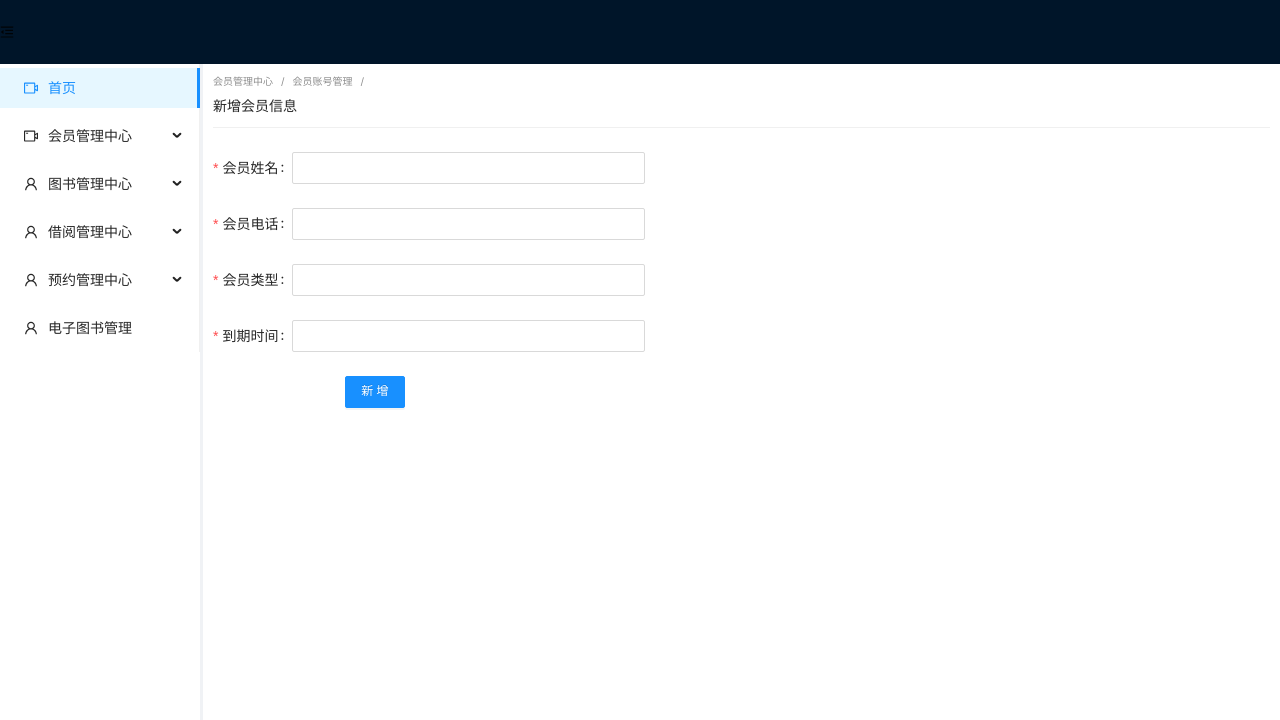
Repository: font-ds/cssy-manage
Page: /vipmanage/vipmanage1/add
The author's editor kept a copy of each file at every save. The page is drawn from the files as they stood at one save, then again after the next save.
The browser window is 1280 px wide. The pictures show the whole page.
The project was rebuilt for these pictures with package versions that can differ from the ones it lists, and the page was loaded fresh each time. Some packages were replaced by stand-ins written for this rebuild. Also part of the build but not shown: src/pages/auth/vipManage/coupon/index.tsx, src/utils/use-optimistic-options.tsx, src/utils/util.tsx, src/utils/http.tsx, src/pages/auth/vipManage/manage/util.tsx, src/pages/auth/vipManage/manage/index.tsx, src/pages/auth/vipManage/manage/detail/components/util.tsx, src/pages/auth/vipManage/manage/detail/components/appointTable.tsx and 6 more. Imported but missing from the stored project, and not drawn on this page: src/pages/auth/index/index, src/reportWebVitals, src/store/test.

Above is the page before, as saved 2022-09-14 18:18:14.

### src/App.tsx
import React from 'react';
import {Provider} from 'react-redux'
import {store} from './store/store'
import {
  QueryClient,
  QueryClientProvider,
} from '@tanstack/react-query'
import {BrowserRouter} from 'react-router-dom';
import { ReactQueryDevtools } from '@tanstack/react-query-devtools'
import {FullPageLoading} from './components/fullpage/FullPageLoading';
import './App.scss'

// 代码分割
const AuthComponents=React.lazy(()=>import('./pages/auth'))
const NoAuthComponents=React.lazy(()=>import('./pages/index'))

function App() {
  const queryClient = new QueryClient()
  const user=true
  return (
    <QueryClientProvider client={queryClient}>
      <Provider store={store}>
        <React.Suspense fallback={<FullPageLoading />}>
          <BrowserRouter>
            {user?<AuthComponents />:<NoAuthComponents />}
          </BrowserRouter>
        </React.Suspense>
      </Provider>
      <ReactQueryDevtools initialIsOpen={false}  />
    </QueryClientProvider>
  );
}

export default App;

### src/store/store.tsx
import {configureStore} from '@reduxjs/toolkit';
import testReducer from './test'

export const store=configureStore({
    reducer:{
        test:testReducer
    },

})

export type RootState=ReturnType<typeof store.getState>
export type AppDispatch=typeof store.dispatch

### src/components/fullpage/FullPageLoading.tsx
import { Spin } from "antd";
export const FullPageStyle = {
  height: "100vh",
  display: "flex",
  justifyContent: "center",
  alignItems: "center",
};
export const FullPageLoading = () => {
  return (
    <div style={FullPageStyle}>
      <Spin size={"large"} />
    </div>
  );
};

### src/App.scss
/* 全局样式区域 */
@import '~antd/dist/antd.css';
* {
  margin: 0;
  padding: 0;
}
html{
  font-size: 62.5%;
  min-width: 1200px;
}

### src/pages/auth/index.tsx
import React,{useState} from 'react'
import { Layout, Menu } from 'antd';
import {
  MenuFoldOutlined,
  MenuUnfoldOutlined,
} from '@ant-design/icons';
import Bread from '../../components/bread/bread';
import './index.scss'
import {router} from './router';
import { Route, Routes, useNavigate } from "react-router";
import Inde from './index/index';



const { Header, Sider, Content } = Layout;

export default function Index() {
  const [collapsed, setCollapsed] = useState(false);
  return (
    <Layout style={{minHeight:'100vh'}}>
      <Header className="site-layout-background" style={{ padding: 0 }}>
        {React.createElement(collapsed ? MenuUnfoldOutlined : MenuFoldOutlined, {
          className: 'trigger',
          onClick: () => setCollapsed(!collapsed),
        })}
      </Header>
      <Layout>
        <Sider theme='light' trigger={null} collapsible collapsed={collapsed}>
          <LeftMenu></LeftMenu>
        </Sider>
        <Layout className="site-layout">

          <Content
            className="site-layout-background"
            style={{
              marginLeft:'0.3rem',
              padding: '1rem',
              minHeight: 280,
            }}
          >
            <Bread></Bread>
            <Routes>
              <Route index element={<Inde></Inde>}></Route>
              {router.map(item=>{
                if(item.key==='index') return null
                return <Route key={item.key} path={item.path} element={item.route}></Route>
              })}
            </Routes>
          </Content>
        </Layout>
      </Layout>
    </Layout>
  )
}

const LeftMenu=()=>{
  const navigate = useNavigate();

  return <Menu
    theme="light"
    mode="inline"
    defaultSelectedKeys={['']}
    items={router}
    onClick={e=>{
      const path=e.keyPath.reverse().join('/')
      console.log(path)
      navigate(path)
  }}
  />
}

### src/components/bread/bread.tsx
import { Breadcrumb, Col, Row } from "antd";
import { Link, useLocation } from "react-router-dom";
import { breadcrumbRouterNameMap } from "./router";
const Bread = () => {
  const location = useLocation();

  const pathSnippets = location.pathname.split("/").filter((i) => i);
  const extraBreadcrumbItems = pathSnippets.map((_, index) => {
    const url = `${pathSnippets.slice(0, index + 1).join("/")}`;
    return (
      <Breadcrumb.Item key={url}>
        {index > 0 ? (
          <Link style={{fontSize:'1rem'}} to={url}>{breadcrumbRouterNameMap[url]}</Link>
        ) : (
          <>{breadcrumbRouterNameMap[url]}</>
        )}
      </Breadcrumb.Item>
    );
  });
  let breadcrumbItems: any = [];
  //如果不存在一级路由的话
  if (
    !extraBreadcrumbItems.length ||
    extraBreadcrumbItems[0].key === "changePwd"
  ) {
    breadcrumbItems = [
      <Breadcrumb.Item key='home'>
        <Link style={{fontSize:'1rem'}} to='/'>首页</Link>
      </Breadcrumb.Item>,
      ...extraBreadcrumbItems,
    ];
  } else {
    breadcrumbItems = extraBreadcrumbItems;
  }

  //如果其父path为数组里元素，或者路由等级小于三级，则该页不显示回退按钮

  return (
    <Row align='middle' justify='space-between' style={{marginBottom:'0.5rem'}}>
      <Col>
        <Breadcrumb  style={{fontSize:'1rem'}} separator='/'>{breadcrumbItems}</Breadcrumb>
      </Col>
      {/* {showHistoryBack() && (
        <Col>
          <Button type='link' onClick={historyBack}>
            返回上一级
          </Button>
        </Col>
      )} */}
    </Row>
  );
};
export default Bread;

### src/pages/auth/index.scss
#components-layout-demo-custom-trigger .trigger {
    padding: 0 24px;
    font-size: 18px;
    line-height: 64px;
    cursor: pointer;
    transition: color 0.3s;
  }

  #components-layout-demo-custom-trigger .trigger:hover {
    color: #1890ff;
  }

  #components-layout-demo-custom-trigger .logo {
    height: 32px;
    margin: 16px;
    background: rgba(255, 255, 255, 0.3);
  }

  .site-layout .site-layout-background {
    background: #fff;
  }

### src/pages/auth/router.tsx
import React from 'react'
import VipManage from './vipManage/index';
import BookMange from './bookManage/index'
import AppointManage from './appointManege/index'
import LeadManage from './leadManage/index'
import OnlineManage from './onlineManage/index'
import Index from './index/index';
import {

    UserOutlined,
    VideoCameraOutlined,
  } from '@ant-design/icons';

export const router=[
    {
        key:"",
        icon:<VideoCameraOutlined/>,
        label:'首页',
        route:<Index />,
    },
    {
        key:'vipmanage',
        icon:<VideoCameraOutlined/>,
        label:'会员管理中心',
        path:'vipmanage/*',
        route:<VipManage />,
        children:[
            {label:'会员账号管理',key:'vipmanage1'},
            {label:'优惠券管理',key:'vipmanage2'},
        ]
    },
    {
        key:'bookmanage',
        icon:<UserOutlined/>,
        label:'图书管理中心',
        path:'bookmanage/*',
        route:<BookMange />,
        children:[
            {label:'图书管理列表',key:'bookmanage1'},
            {label:'图书添加操作',key:'bookmanage2'}
        ]
    },
    {
        key:'leadmanage',
        icon:<UserOutlined/>,
        label:'借阅管理中心',
        path:'leadmanage/*',
        route:<LeadManage />,
        children:[
            {label:'借阅管理列表',key:'leadmanage1'},
            {label:'快捷借阅操作',key:'leadmanage2'}
        ]
    },
    {
        key:'appointmanage',
        icon:<UserOutlined/>,
        label:'预约管理中心',
        path:'appointmanage/*',
        route:<AppointManage />,
        children:[
            {label:'预约管理列表',key:'appointmanage1'},
            {label:'预约内容设置',key:'appointmanage2'},
            {label:'金牌讲师设置',key:'appointmanage3'}
        ]
    },
    {
        key:'onlinemanage',
        icon:<UserOutlined/>,
        label:'电子图书管理',
        path:'onlinemanage/*',
        route:<OnlineManage />,

    },
]

### src/components/bread/router.tsx
export const breadcrumbRouterNameMap: any = {
    "": "首页",
    vipmanage: "会员管理中心",
    'vipmanage/vipmanage1': "会员账号管理",
    'vipmanage/vipmanage1/detail': "会员详情",
    "vipmanage/vipmanage2": "优惠券管理",
    bookmanage:'图书管理中心',
    'bookmanage/bookmanage1': "图书管理列表",
    "bookmanage/bookmanage2": "图书添加操作",
    leadmanage:'借阅管理中心',
    'leadmanage/leadmanage1': "借阅管理列表",
    "leadmanage/leadmanage2": "快捷借阅操作",
    appointmanage:'预约管理中心',
    'appointmanage/appointmanage1': "借阅管理列表",
    "appointmanage/appointmanage2": "快捷借阅操作",
    "appointmanage/appointmanage3": "快捷借阅操作",
    onlinemanage:'电子图书管理'
}

### src/pages/auth/vipManage/index.tsx
import React from 'react'
import { Route, Routes } from "react-router";
import Coupon from './coupon/index'
import Manage from './manage/index'
import Detail from './manage/detail/index';
import Add from './manage/add/index'


export default function Index() {
  return (
    <Routes>
      <Route
        path={"vipmanage1"}
        element={<Manage />}
      >
      </Route>
      <Route
        path={"vipmanage1/detail"}
        element={<Detail />}
      >
      </Route>
      <Route
        path={"vipmanage1/add"}
        element={<Add />}
      >
      </Route>
      <Route
        path={"vipmanage2"}
        element={<Coupon />}
      ></Route>

    </Routes>
  )
}

### src/pages/auth/vipManage/manage/add/index.tsx
import React,{useState} from 'react'
import {Button,Divider,Form,Input,FormInstance} from 'antd';
import {vipUser} from '../../../../../type/type'

import './index.scss';

export default function Index() {
    // 提交
    const handleSubmit= async (value:vipUser)=>{
        console.log(value)

    }

  return (
    <div className='vip-detail'>
        <span>新增会员信息</span>
        <Divider style={{marginTop:'1rem'}} />
        <Form
              className='form'
              name="basic"
              wrapperCol= {{ span: 8 }}
              autoComplete="off"
            >
                <Form.Item
                  label="会员姓名"
                  name="vip_name"
                  rules={[{ required: true, message: '此项不能为空！' }]}
                >
                  <Input />
                </Form.Item>
                <Form.Item
                  label="会员电话"
                  name="phone"
                  rules={[{ required: true, message: '此项不能为空！' }]}
                >
                  <Input />
                </Form.Item>
                <Form.Item
                  label="会员类型"
                  name="power"
                  rules={[{ required: true, message: '此项不能为空！' }]}
                >
                  <Input />
                </Form.Item>
                <Form.Item
                  label="到期时间"
                  name="expired_date"
                  rules={[{ required: true, message: '此项不能为空！' }]}
                >
                  <Input />
                </Form.Item>

                <Form.Item wrapperCol={{offset:3}}>
                    <Button type="primary" htmlType="submit">
                      新增
                    </Button>
                </Form.Item>
            </Form>
    </div>
  )
}

### src/pages/auth/vipManage/manage/detail/index.scss
.vip-detail{
    div>span{
        font-size: 1.6rem;
    }
    Button{
        font-size: 1.2rem ;
    }
    .form{
        margin-bottom: 5rem;
    }

    .block-title{
        font-size: 1.6rem;
    }
}

### src/pages/auth/vipManage/manage/add/index.scss
.vip-detail{
    div>span{
        font-size: 1.6rem;
    }
    Button{
        font-size: 1.2rem ;
    }
    .form{
        margin-bottom: 5rem;
    }

    .block-title{
        font-size: 1.6rem;
    }
}

Loaded but not shown: public/index.html (common file); src/index.tsx (common file)

After the next save:
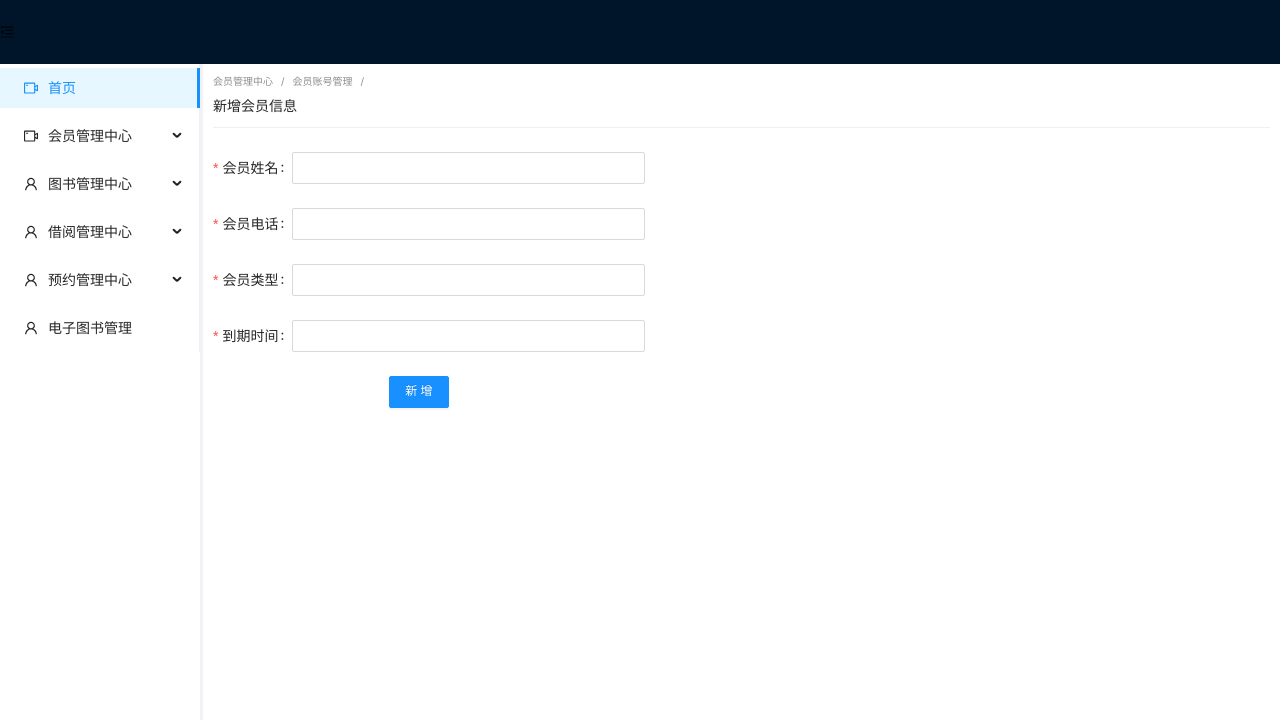
Saved 6 s later.
--- a/src/pages/auth/vipManage/manage/add/index.tsx
+++ b/src/pages/auth/vipManage/manage/add/index.tsx
@@ -50,7 +50,7 @@ export default function Index() {
                   <Input />
                 </Form.Item>
 
-                <Form.Item wrapperCol={{offset:3}}>
+                <Form.Item wrapperCol={{offset:4}}>
                     <Button type="primary" htmlType="submit">
                       新增
                     </Button>
